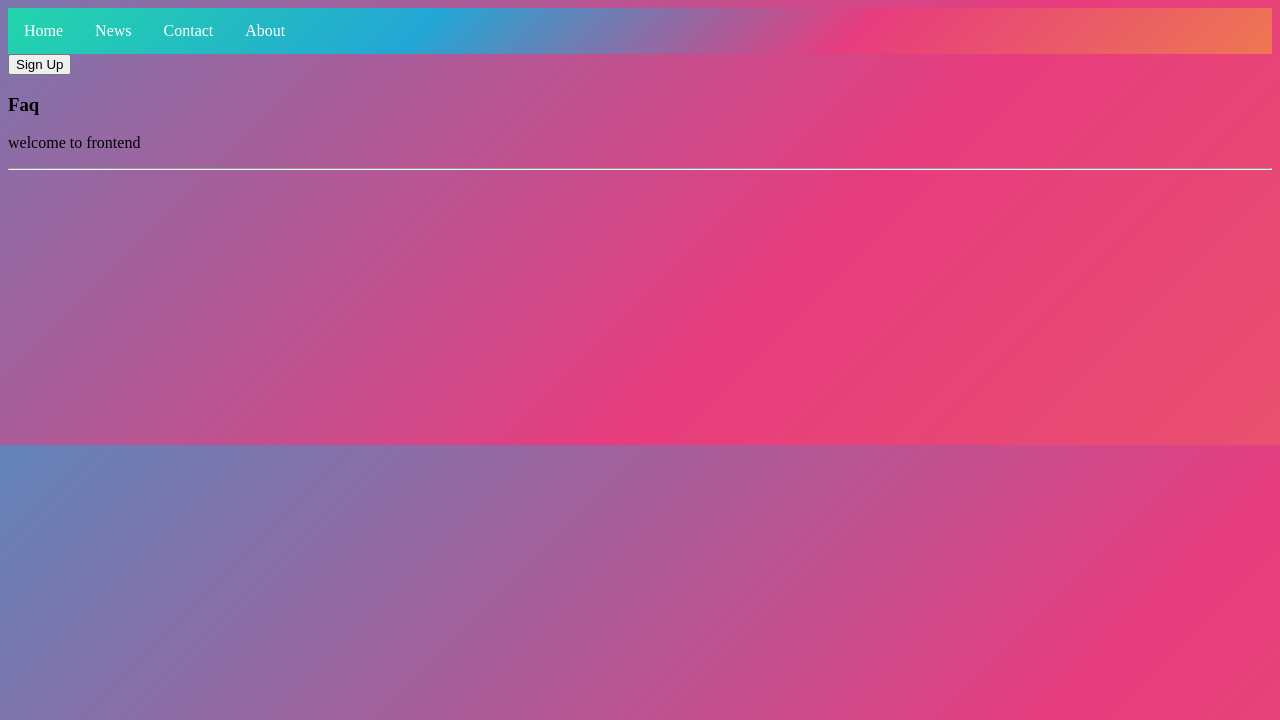
Repository: Tobby004/weather_forecast
Page: index.html
An editor plug-in stored every save of this project. The page is shown before and after the next save, followed by the edit.
The browser window is 1280 px wide. The pictures show the whole page.

Above is the page before, as saved 2023-07-14 02:47:27.

### index.html
<!DOCTYPE html>
<html lang="en">
<head>
    <meta charset="UTF-8">
    <meta http-equiv="X-UA-Compatible" content="IE=edge">
    <meta name="viewport" content="width=device-width, initial-scale=1.0">
    <title>Document</title>
    <link rel="stylesheet" href="style.css">
</head>
<body><ul class="menu">
    <li><a href="#home">Home</a></li>
    <li><a href="#news">News</a></li>
    <li><a href="#contact">Contact</a></li>
    <li><a href="#about">About</a></li>
  </ul>
    <button id="signupButton">Sign Up</button>

<div id="signupForm" class="hidden">
    <form>
        <label for="name">Name:</label><br>
        <input type="text" id="name" name="name"><br>
        <label for="email">Email:</label><br>
        <input type="email" id="email" name="email"><br>
        <input type="submit" value="Submit">
    </form>
    <br>
    <input type="password" id="password" value="">
<button id="toggleButton"><input type="checkbox"></button>
</div>
<h3>Faq</h3>
<p>welcome to frontend </p>
<hr>

<script src="app.js"></script>
</body>
</html>

### style.css
*{
    box-sizing: border-box;
}

.menu {
    list-style-type: none;
    margin: 0;
    padding: 0;
    overflow: hidden;
    background: linear-gradient(-45deg, #ee7752, #e73c7e, #23a6d5, #23d5ab);
}

.menu li {
 float: left;
}

.menu li a {
    display: block;
    color: white;
    text-align: center;
    padding: 14px 16px;
    text-decoration: none;
}

.menu li a:hover {
    background-color: yellowgreen;
}

#signupForm {
    padding: 20px;
    background-color: rgb(233, 105, 105);
    max-width: 300px;
    margin: 20px auto;
    border-radius: 5px;
    box-shadow: 0px 0px 10px rgba(0,0,0,0.1);
    transition: all 0.5s ease-in-out;
    transform: translateY(-20px);
    opacity: 0;
}

#signupForm:not(.hidden) {
    transform: translateY(0);
    opacity: 1;
}
form {
    background: linear-gradient(-45deg, #ee7752, #e73c7e, #23a6d5, #23d5ab);
}
.hidden {
    display: none;
}
@keyframes gradient-background {
    0% {
        background-position: 0% 50%;
    }
    50% {
        background-position: 100% 50%;
    }
    100% {
        background-position: 0% 50%;
    }
}

body {
    background: linear-gradient(-45deg, #ee7752, #e73c7e, #23a6d5, #23d5ab);
    background-size: 400% 400%;
    animation: gradient-background 15s linear infinite;
}

@media(max-width:767px) {
    #signupForm {
        width: 90%;
    }
}

### app.js


 // do loop

let j = 0;

  do {
    (j < 10)
 console.log(j);

    j++;
} while (j < 3)

After the next save:
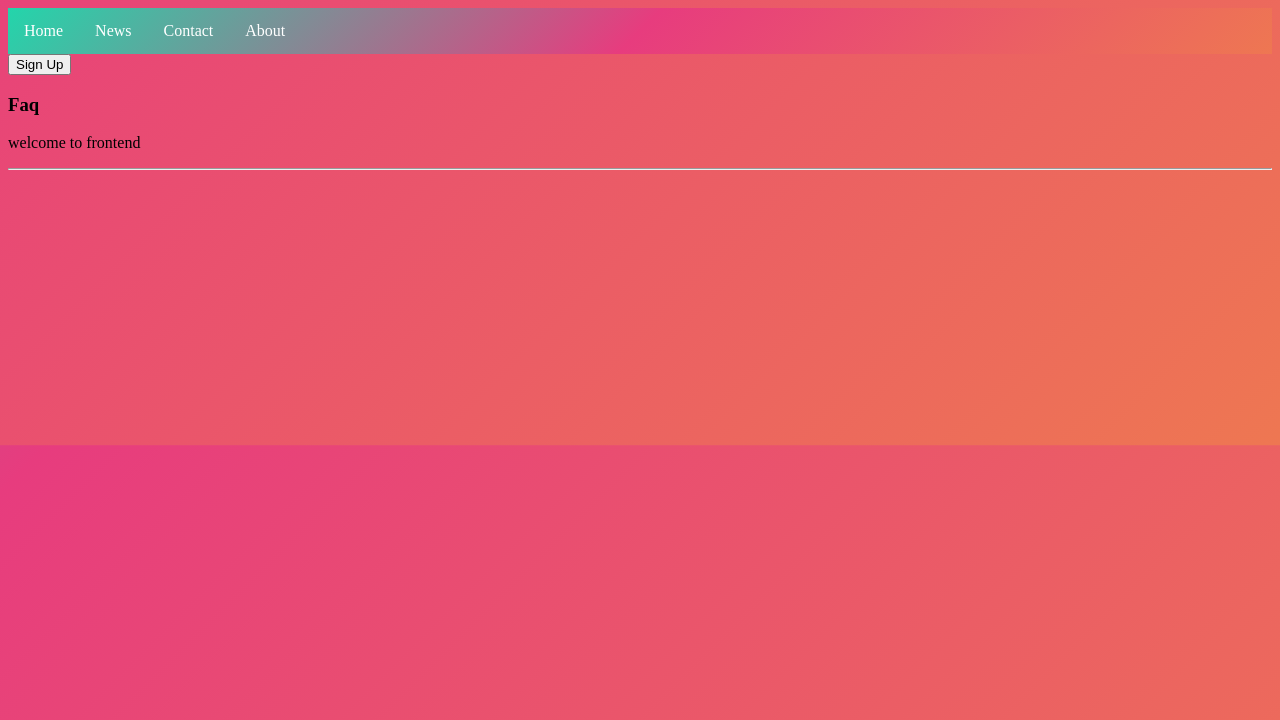
Saved 14 min 32 s later.
--- a/style.css
+++ b/style.css
@@ -1,5 +1,12 @@
 *{
     box-sizing: border-box;
+}
+body {
+    background: url('your-image.jpg') no-repeat center center fixed;
+    -webkit-background-size: cover;
+    -moz-background-size: cover;
+    -o-background-size: cover;
+    background-size: cover;
 }
 
 .menu {
@@ -7,7 +14,7 @@
     margin: 0;
     padding: 0;
     overflow: hidden;
-    background: linear-gradient(-45deg, #ee7752, #e73c7e, #23a6d5, #23d5ab);
+    background: linear-gradient(-45deg, #ee7752, #e73c7e, #23d5ab);
 }
 
 .menu li {
@@ -63,7 +70,7 @@ form {
 body {
     background: linear-gradient(-45deg, #ee7752, #e73c7e, #23a6d5, #23d5ab);
     background-size: 400% 400%;
-    animation: gradient-background 15s linear infinite;
+    animation: gradient-background 10s ease-in-out infinite;
 }
 
 @media(max-width:767px) {
--- a/app.js
+++ b/app.js
@@ -1,12 +1,5 @@
-
-
- // do loop
-
-let j = 0;
-
-  do {
-    (j < 10)
- console.log(j);
-
-    j++;
-} while (j < 3)
+function sum (){
+    let result = 10 + 15
+    console.log(`The result is ${result}`)
+}
+sum()
